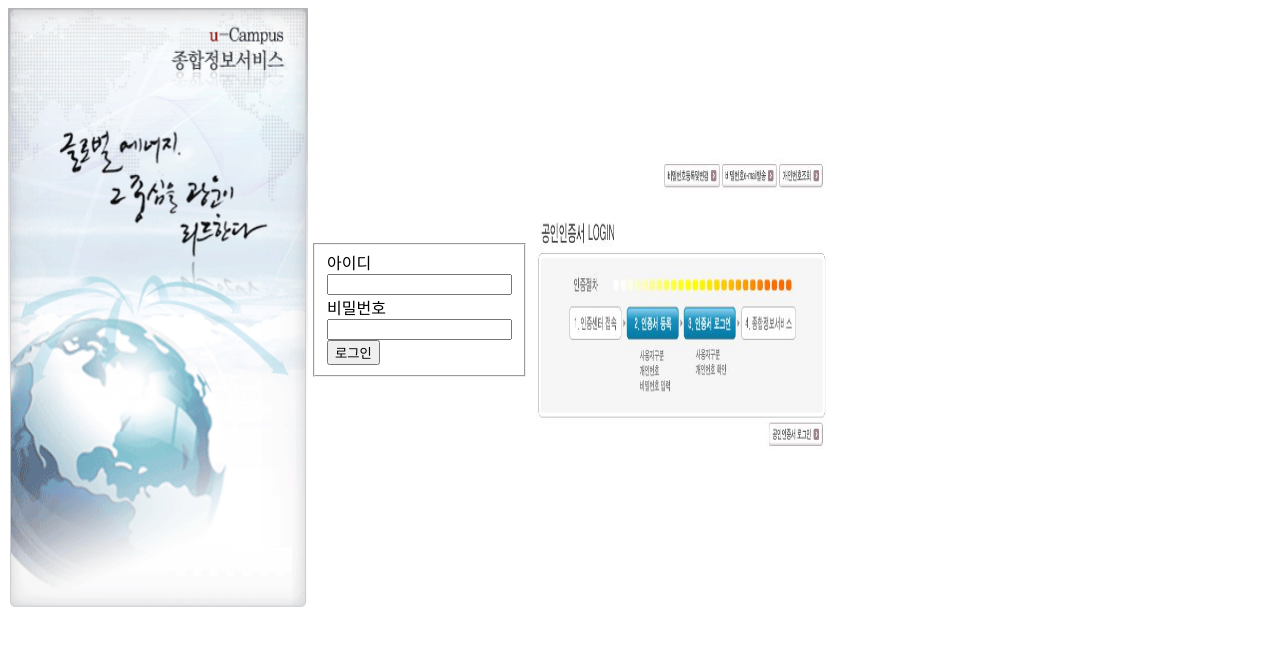
Repository: jungmintaeng/mini-ucampus
Page: ucam/WebContent/Login.html
These files come from the project's save history. The page is drawn as it stood at one moment and after the next save; the edit follows.
The browser window is 1280 px wide. The pictures show the whole page.

Above is the page before, as saved 2016-06-11 00:52:24.

After the next save:
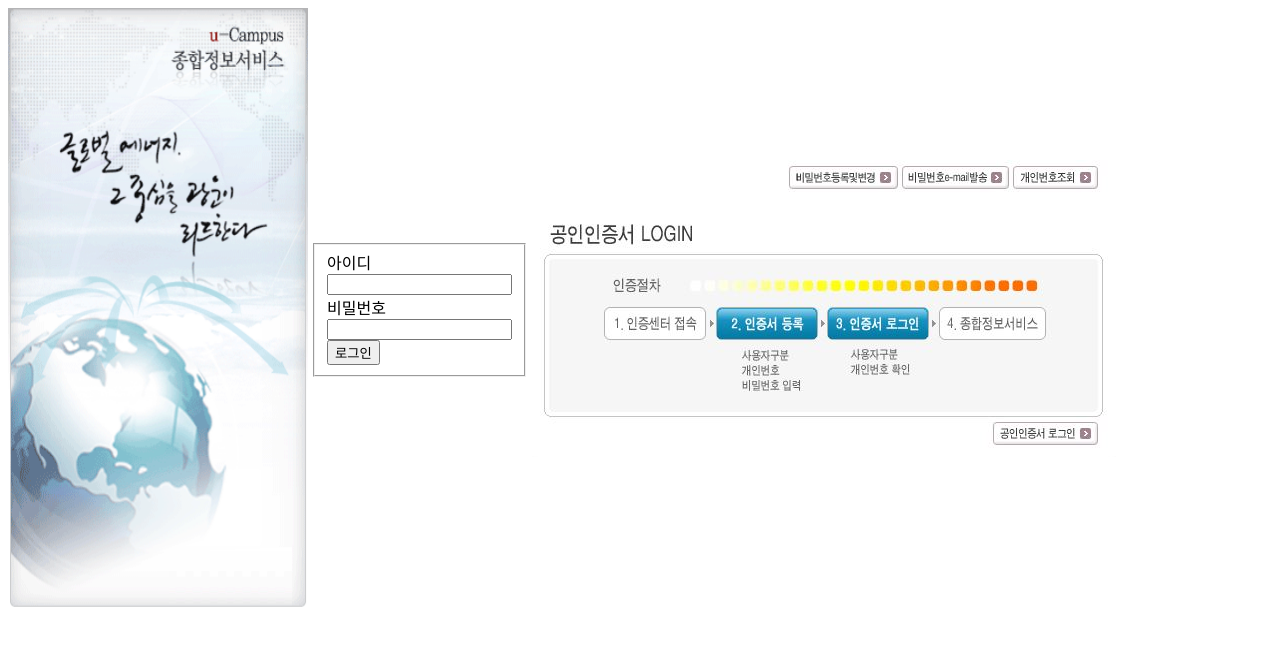
Saved 75 s later.
--- a/ucam/WebContent/Login.html
+++ b/ucam/WebContent/Login.html
@@ -27,7 +27,7 @@
  </fieldset>
    </form></td>
    <td align="right"><font size="2"><img
-src="images\loginfake.jpg" width ="300" height="300" border ="0">
+src="images\loginfake.jpg" width ="584" height="297" border ="0">
 </font>
 </td>
 </tr>
